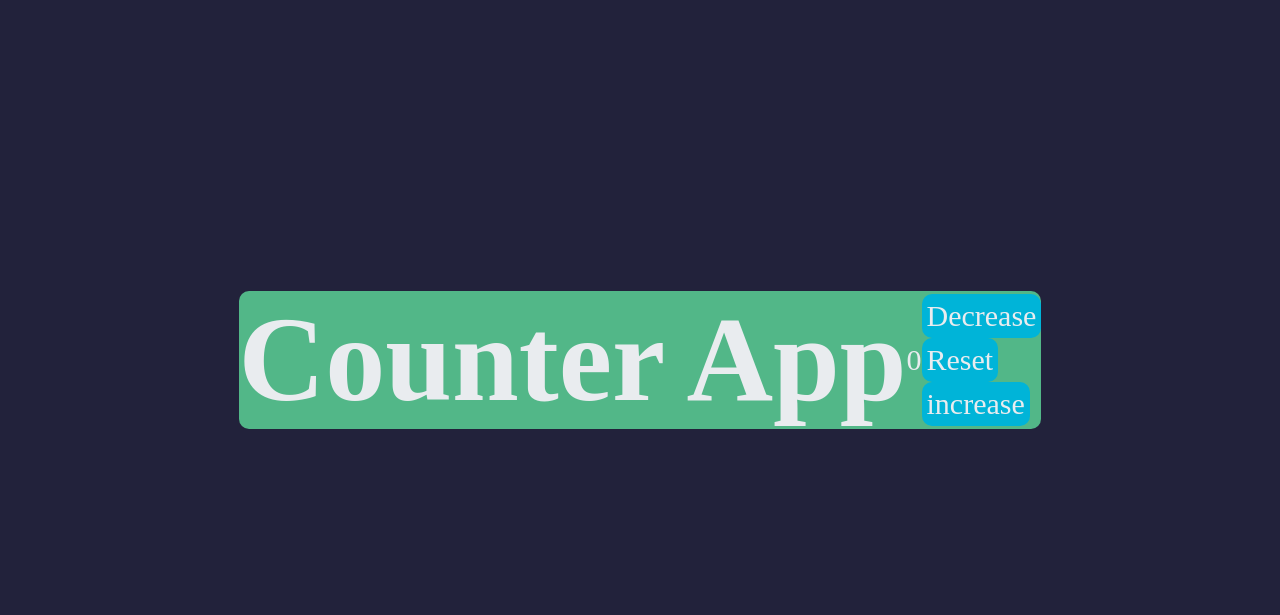
Repository: Yuukicoder/basicProject
Page: project2.html
An editor plug-in stored every save of this project. The page is shown before and after a run of saves, followed by the edit.
The browser window is 1280 px wide. The pictures show the whole page.
Some web fonts or font styles are not loaded; a fallback is used.

Above is the page before, as saved 2023-02-24 21:46:39.

### project2.html
<!DOCTYPE html>
<html lang="en">
  <head>
    <meta charset="UTF-8" />
    <meta http-equiv="X-UA-Compatible" content="IE=edge" />
    <meta name="viewport" content="width=device-width, initial-scale=1.0" />
    <title>Counter App</title>
    <link
      rel="shortcut icon"
      href="assets/Image/project2.png"
      type="image/x-icon"
    />
    <link rel="stylesheet" href="assets/css/project2.css" />
  </head>
  <body>
    <section class="box">
      <h1>Counter App</h1>
      <p class="counter-preview">0</p>
      <div class="buttons" id="allBtns">
        <button class="decrement" id="decrement">Decrease</button>
        <button class="reset" id="reset">Reset</button>
        <button class="increment" id="increment">increase</button>
      </div>
    </section>
    <script src="assets/js/project2.js"></script>
  </body>
</html>

### assets/css/project2.css
@import url("https://fonts.googleapis.com/css2?family=Arima:wght@100;200;300;400;500;700&display=swap");
* {
  margin: 0;
  padding: 0;
  box-sizing: border-box;
  /* border: 1px solid black; */
}
:root {
  --button: #00b4d8;
  --text: #e9ecef;
}
body {
  background-color: #22223b;
  height: 100vh;
  width: 100vw;
  display: flex;
  align-items: center;
  justify-content: center;
}
.box {
  /* width: 60%;
  height: 60%; */
  background-color: #52b788;
  display: flex;
  align-items: center;
  justify-content: center;
  border-radius: 10px;
}
h1,
p {
  color: var(--text);
}
h1 {
  font-family: Arima;
  font-size: 120px;
  /* display: block;
  margin-right: auto;
  margin-left: auto; */
}
p {
  display: block;
  font-size: 30px;
}
button {
  display: block;
  background-color: var(--button);
  color: var(--text);
  font-family: Arima;
  font-size: 30px;
  border: none;
  border-radius: 10px;
  padding: 5px 5px;
}

### assets/js/project2.js
const display = document.querySelector('.counter-preview');
const allBtns = document.querySelector('#allBtns');
allBtns.addEventListener('click',counter);
var value = 0;
function counter(x) {
    const btn = x.target.id;
    if(btn === 'increment'){
        value += 1;
    }
    else if(btn === 'decrement'){
        value -= 1;
    }
    else value = 0;
    display.textContent = value;
}

After the next 2 saves:
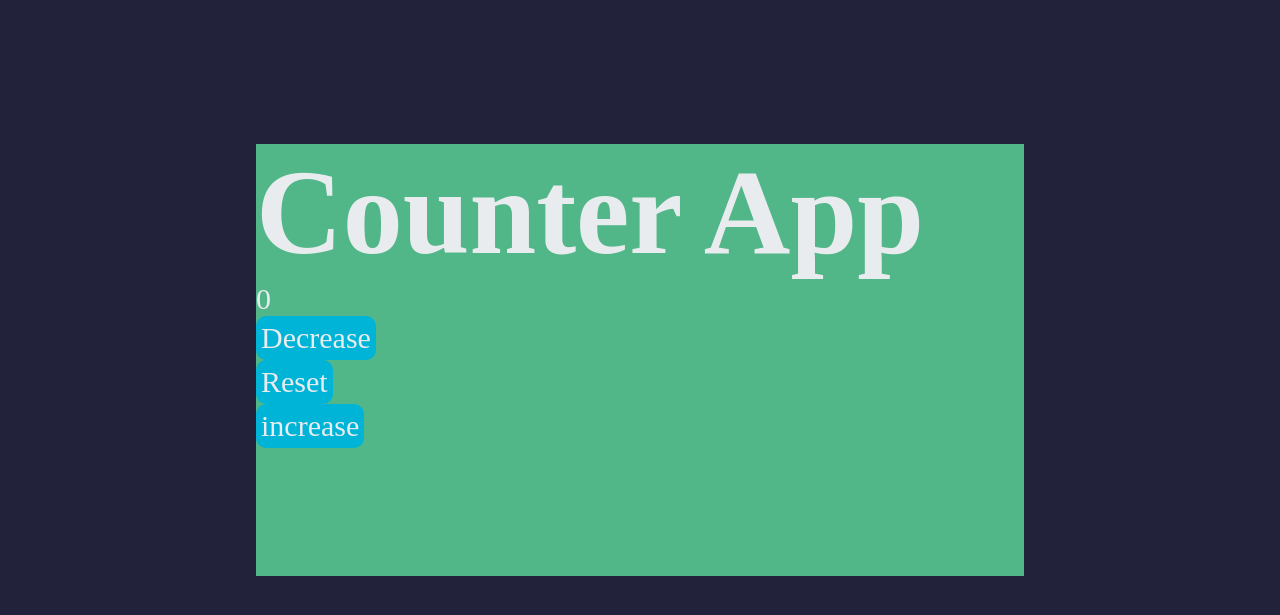
The 2 saves are shown as one change because they came seconds apart.
The last was saved 6 s later.
--- a/assets/css/project2.css
+++ b/assets/css/project2.css
@@ -18,13 +18,13 @@ body {
   justify-content: center;
 }
 .box {
-  /* width: 60%;
-  height: 60%; */
+  width: 60%;
+  height: 60%;
   background-color: #52b788;
-  display: flex;
+  /* display: flex;
   align-items: center;
   justify-content: center;
-  border-radius: 10px;
+  border-radius: 10px; */
 }
 h1,
 p {
